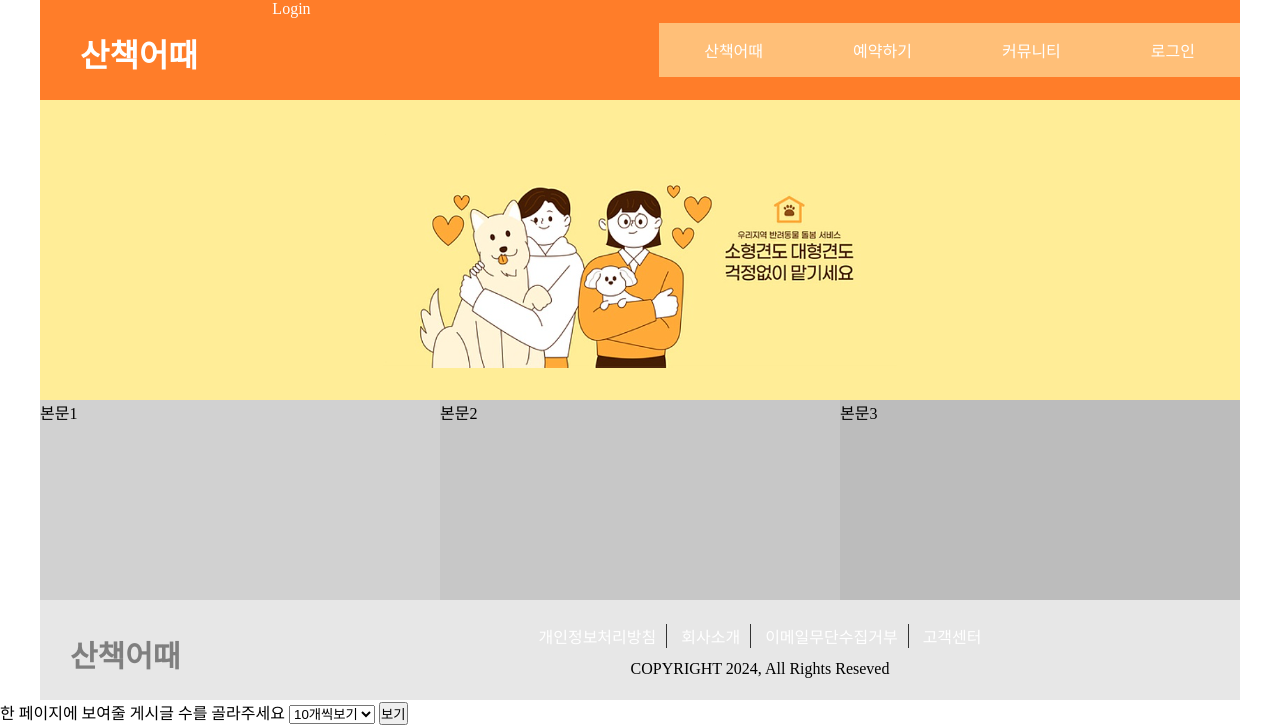
Repository: to-flatwhite1/portfolio
Page: http://localhost/JSP/
The author's editor kept a copy of each file at every save. The page is drawn from the files as they stood at one save, then again after the next save.
The browser window is 1280 px wide. The pictures show the whole page.
The page is served by Tomcat 9.

Above is the page before, as saved 2024-07-08 04:05:00.

After the next save:
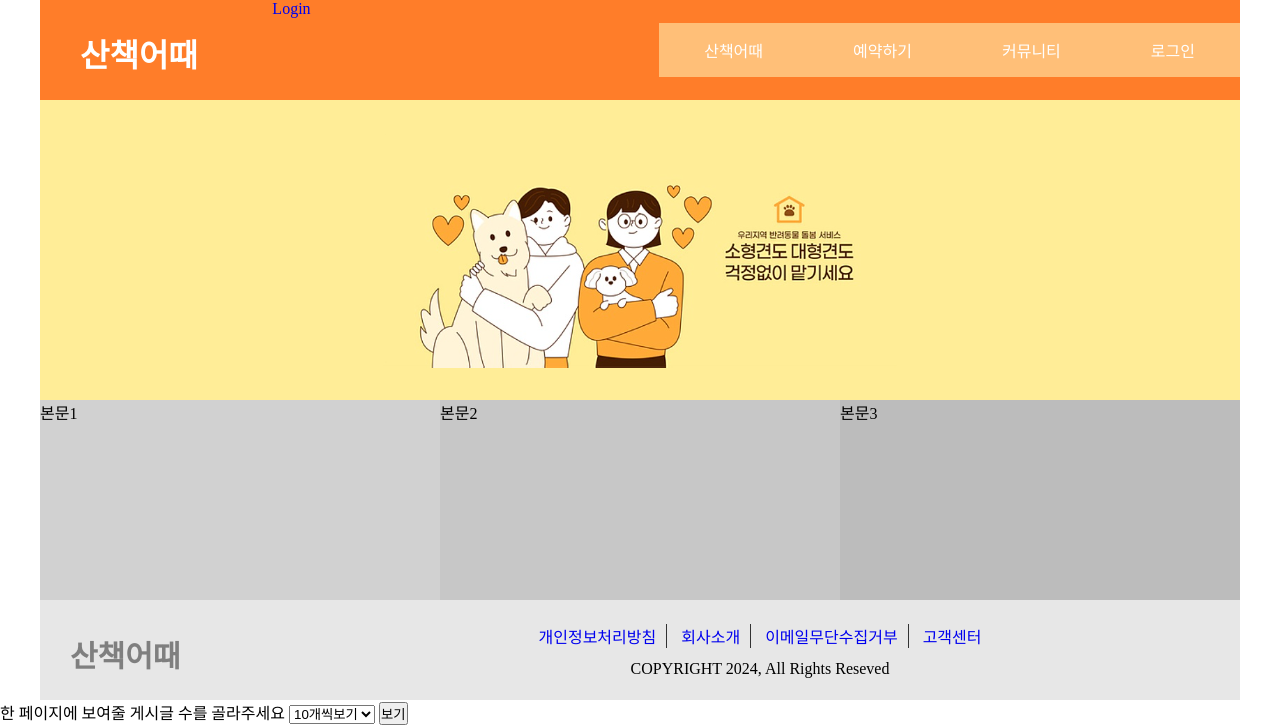
Saved 68 min 24 s later.
--- a/JSP/src/main/webapp/index.css
+++ b/JSP/src/main/webapp/index.css
@@ -6,7 +6,7 @@
 }
 a {
     text-decoration: none;
-  	color: white;
+
 }
 
 
